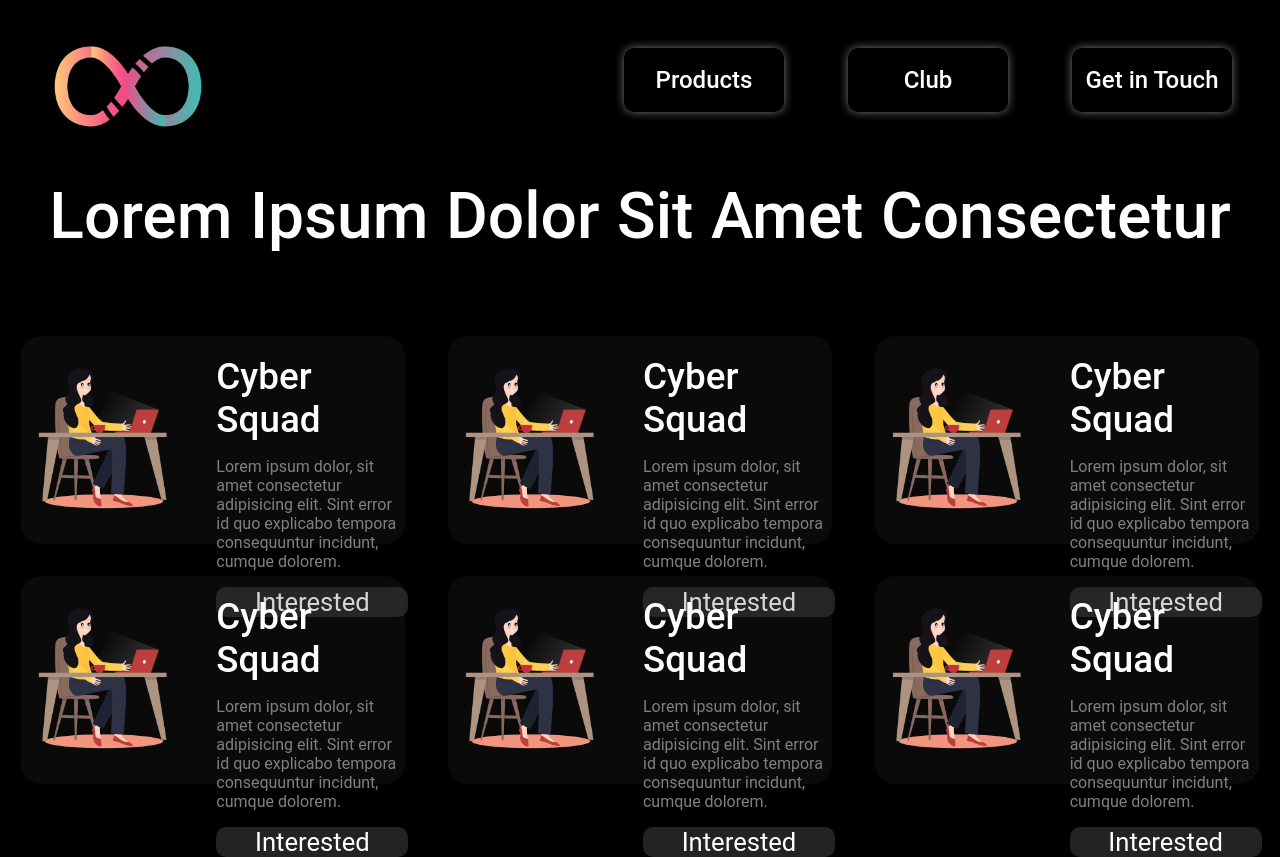
Repository: kapil4457/vizion-internship-project
Page: /
These files come from the project's save history. The page is drawn as it stood at one moment and after the next save; the edit follows.
The browser window is 1280 px wide. The pictures show the whole page.
The project was rebuilt for these pictures with package versions that can differ from the ones it lists, and the page was loaded fresh each time. Also part of the build but not shown: src/index.css.

Above is the page before, as saved 2022-10-29 10:19:12.

After the next save:
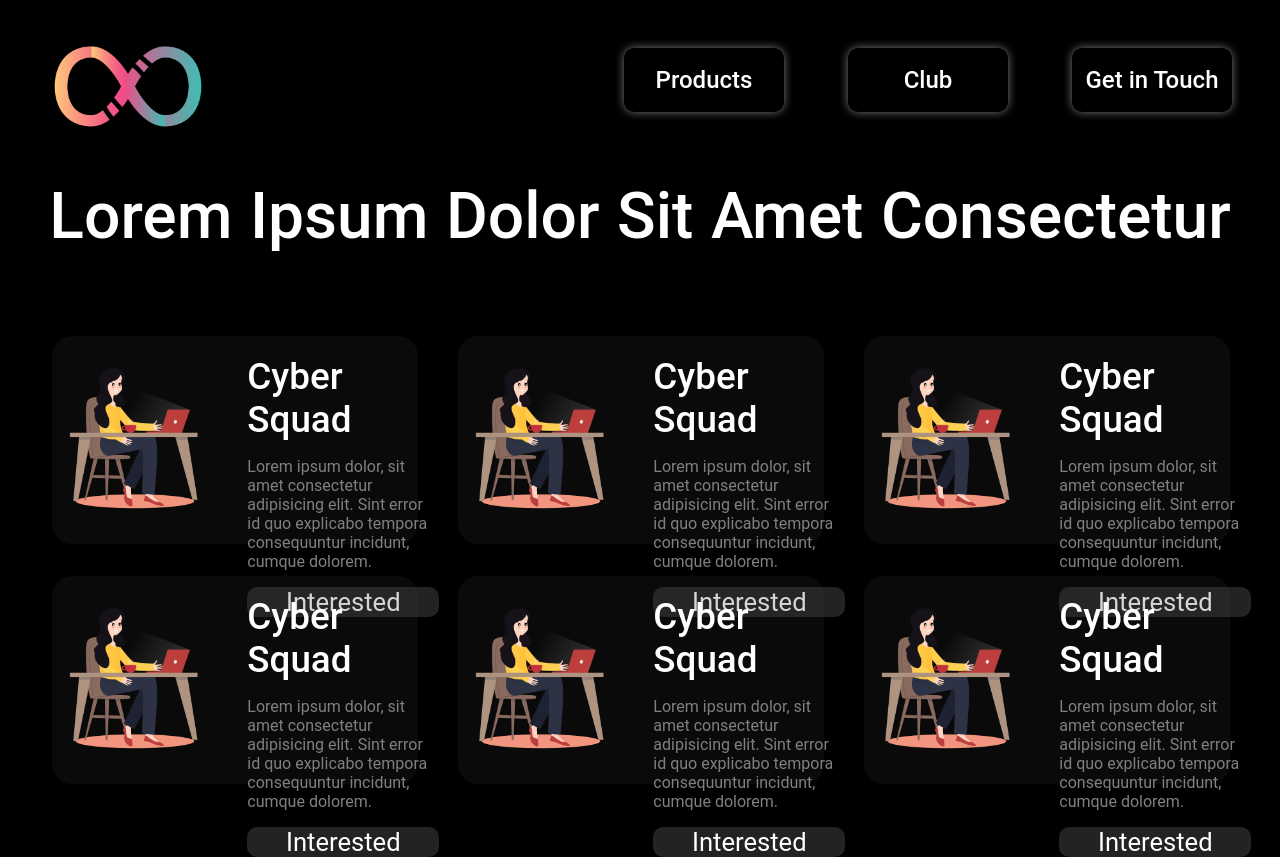
Saved 51 s later.
--- a/src/components/Home/Home.css
+++ b/src/components/Home/Home.css
@@ -26,4 +26,5 @@
     grid-template-columns: 1fr 1fr 1fr;
     row-gap: 2rem;
     place-items: center;
+    padding:0 2rem;
 }

After the save that followed:
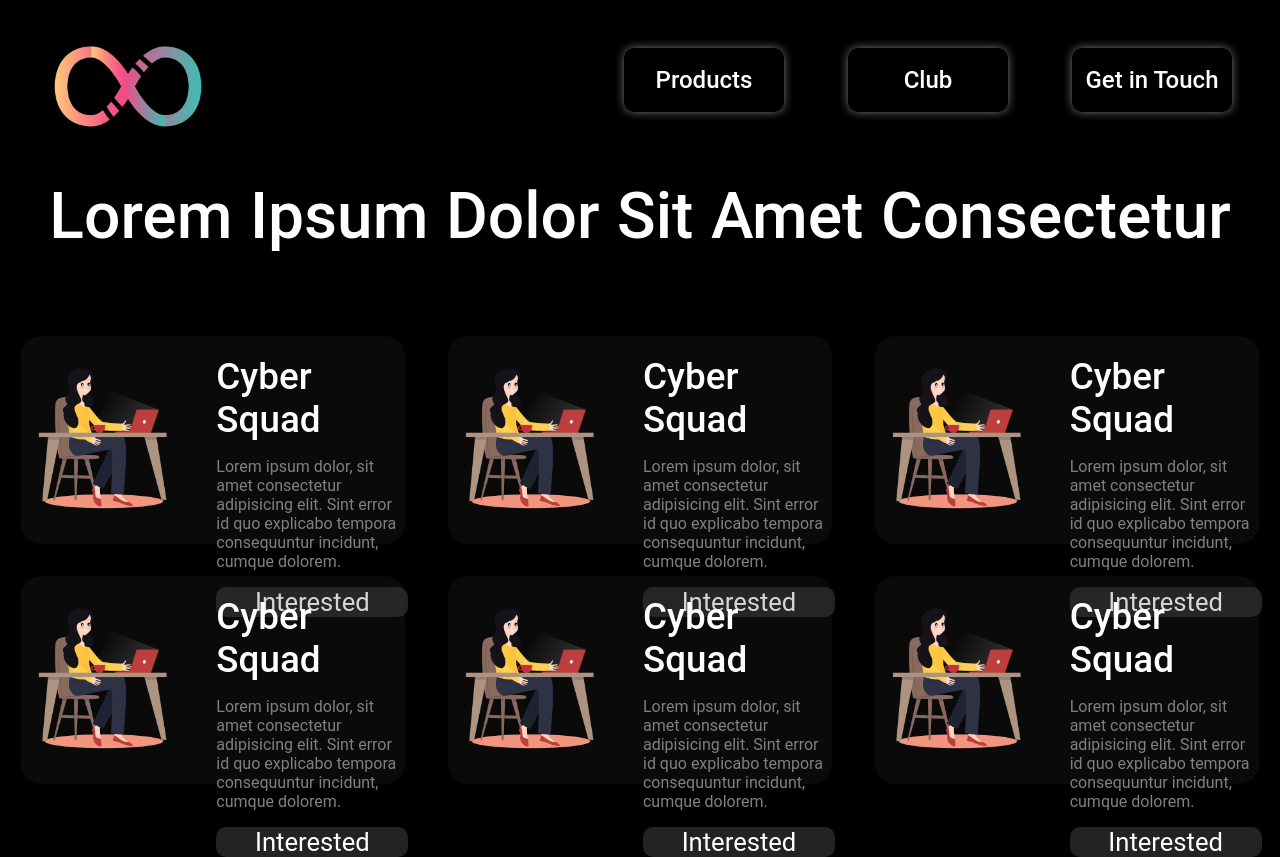
Saved 5 s later.
--- a/src/components/Home/Home.css
+++ b/src/components/Home/Home.css
@@ -26,5 +26,4 @@
     grid-template-columns: 1fr 1fr 1fr;
     row-gap: 2rem;
     place-items: center;
-    padding:0 2rem;
 }
